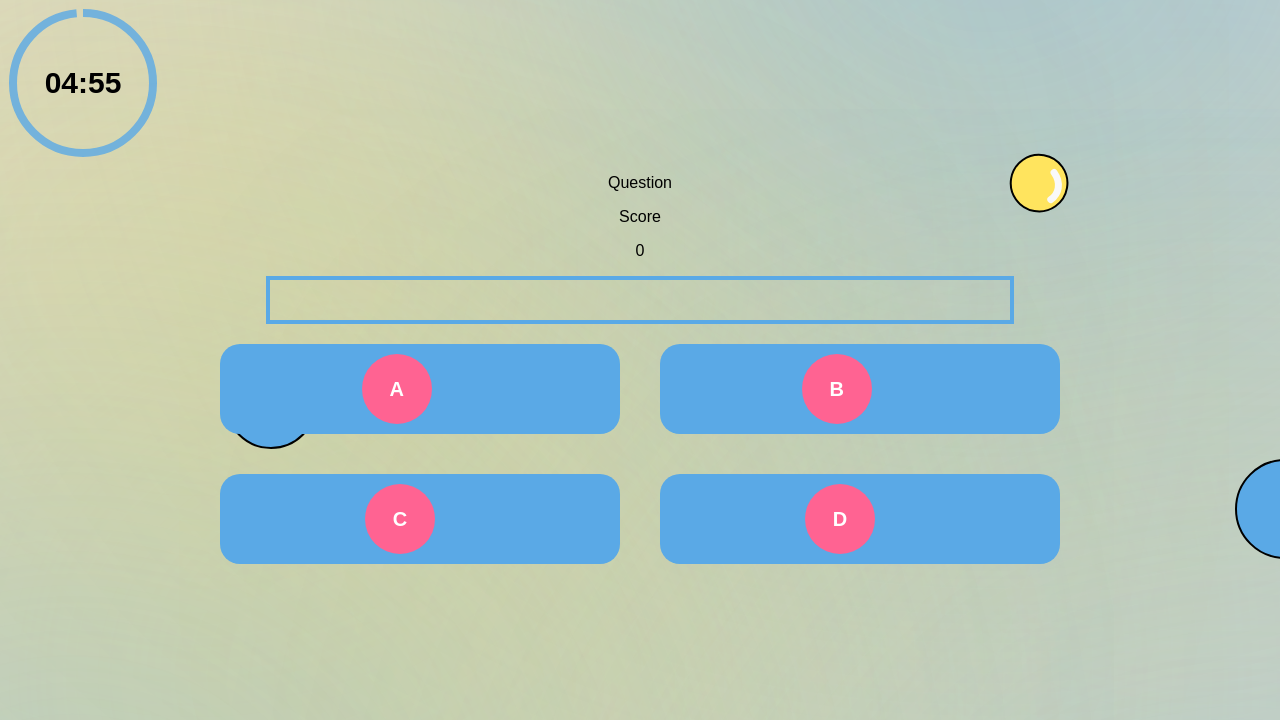
Repository: sierralaurent/SmartiePants
Page: quiz.html
The author's editor kept a copy of each file at every save. The page is drawn from the files as they stood at one save, then again after a run of saves.
The browser window is 1280 px wide. The pictures show the whole page.
The page's requests for data from a server got no answer.

Above is the page before, as saved 2023-05-16 22:20:44.

After the next 2 saves:
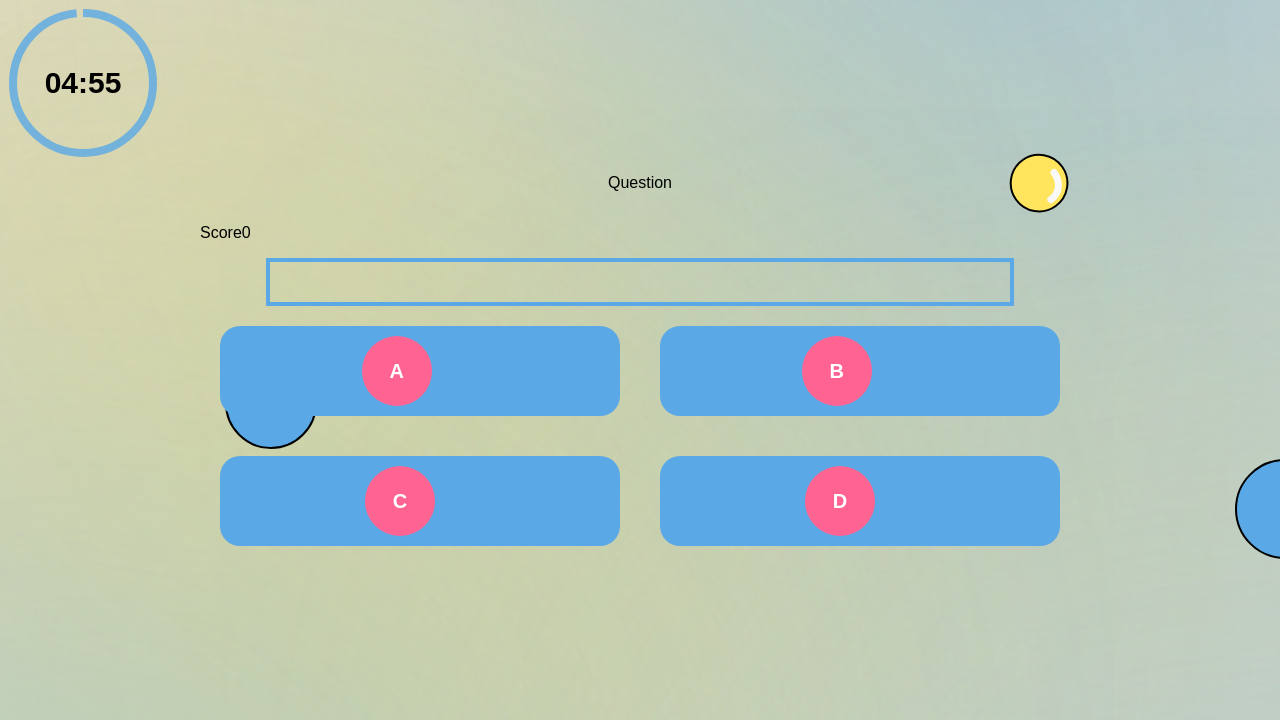
The 2 saves are shown as one change because they came seconds apart.
The last was saved 6 s later.
--- a/quiz.css
+++ b/quiz.css
@@ -90,3 +90,7 @@ margin-right: 20px;
     border: 4px solid rgba(90, 169, 230, 1);
     margin: 0 auto;
 }
+
+.score{
+    display: flex;
+}
